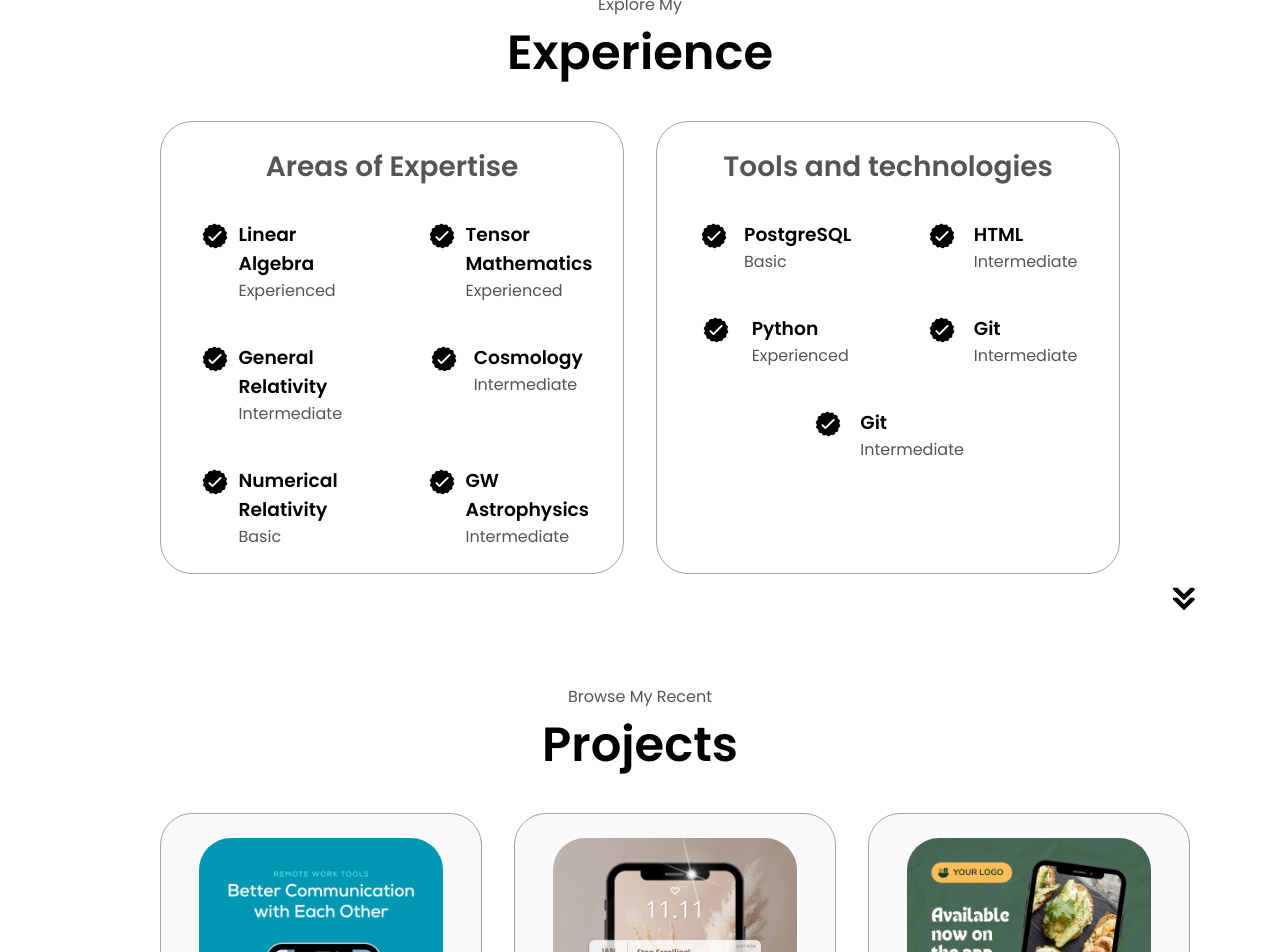
Repository: APersonalVoyage/APersonalVoyage.github.io
Page: index.html
These files come from the project's save history. The page is drawn as it stood at one moment and after the next save; the edit follows.
The browser window is 1280 px wide. The pictures show the part of the page from y = 1426 to 2378 px (the page is 3463 px tall).
A picture or video elsewhere on the page could not be fetched, so the positions and the page height are approximate.

Above is the page before, as saved 2023-08-24 12:03:19.

### index.html
<!DOCTYPE html>
<html lang="en">
  <head>
    <meta charset="UTF-8" />
    <meta http-equiv="X-UA-Compatible" content="IE=edge" />
    <meta name="viewport" content="width=device-width, initial-scale=1.0" />
    <title>My Portfolio</title>
    <link rel="stylesheet" href="style.css" />
    <link rel="stylesheet" href="mediaqueries.css" />
  </head>
  <body>
    <nav id="desktop-nav">
      <div class="logo">Abhishek Karkola</div>
      <div>
        <ul class="nav-links">
          <li><a href="#about">About</a></li>
          <li><a href="#experience">Experience</a></li>
          <li><a href="#projects">Projects</a></li>
          <li><a href="#contact">Contact</a></li>
        </ul>
      </div>
    </nav>
    <nav id="hamburger-nav">
      <div class="logo">Abhishek Karkola</div>
      <div class="hamburger-menu">
        <div class="hamburger-icon" onclick="toggleMenu()">
          <span></span>
          <span></span>
          <span></span>
        </div>
        <div class="menu-links">
          <li><a href="#about" onclick="toggleMenu()">About</a></li>
          <li><a href="#experience" onclick="toggleMenu()">Experience</a></li>
          <li><a href="#projects" onclick="toggleMenu()">Projects</a></li>
          <li><a href="#contact" onclick="toggleMenu()">Contact</a></li>
        </div>
      </div>
    </nav>
    <section id = "profile">
        <div class="section__pic-container">
            <img src="./assets/Photo.jpeg" alt="profile" class="section__pic">
        </div>
        <div class= "section_text">
            <p class="section__text__p1">Hello, I'm</p>
        <h1 class="title">Abhishek Karkola</h1>
        <p class="section__text__p2">Gravitational Wave Physicist</p>
        <div class="btn-container">
            <button
              class="btn btn-color-2"
              onclick="window.open('./assets/Abhishek_Academic_CV.pdf')"
            >
              Download CV
            </button>
            <button class="btn btn-color-1" onclick="location.href='./#contact'">
              Contact Info
            </button>
          </div>
          <div id="socials-container">
            <img
            src="./assets/linkedin.png"
            alt="My LinkedIn profile"
            class="icon"
            onclick="location.href='https://linkedin.com/'"
          />
          <img
            src="./assets/github.png"
            alt="My Github profile"
            class="icon"
            onclick="location.href='https://github.com/'"
          />
        </div>
      </div>
          </div>

        </div>
    </section>
    <section id="about">
        <p class="section__text__p1">Get To Know More</p>
        <h1 class="title">About Me</h1>
        <div class="section-container">
          <div class="section__pic-container">
            <img
              src="./assets/Profile_Pic2.JPG"
              alt="Profile picture"
              class="about-pic"
            />
          </div>
          <div class="about-details-container">
            <div class="about-containers">
              <div class="details-container">
                <img
                  src="./assets/experience.png"
                  alt="Experience icon"
                  class="icon"
                />
                <h3>Experience</h3>
                <p>1+ years <br />Research Intern</p>
              </div>
              <div class="details-container">
                <img
                  src="./assets/education.png"
                  alt="Education icon"
                  class="icon"
                />
                <h3>Education</h3>
                <p>B.E. Electronics<br />M.Sc. GW Physics</p>
              </div>
            </div>
            <div class="text-container">
              <p>
                I hold a Masters degree in Gravitational Wave Physics from Cardiff University, where my academic journey led me to explore the captivating realms of cosmology, advanced general relativity, and numerical relativity. Prior to this, I earned a Bachelors degree in Electronics and Communication Engineering, where I developed a solid foundation in the intricate world of electronic systems and communication technologies
              </p>
            </div>
          </div>
        </div>
        <img
          src="./assets/arrow.png"
          alt="Arrow icon"
          class="icon arrow"
          onclick="location.href='./#experience'"
        />
    </section>
</section>
<section id="experience">
  <p class="section__text__p1">Explore My</p>
  <h1 class="title">Experience</h1>
  <div class="experience-details-container">
    <div class="about-containers">
      <div class="details-container">
        <h2 class="experience-sub-title">Areas of Expertise</h2>
        <div class="article-container">
          <article>
            <img
              src="./assets/checkmark.png"
              alt="Experience icon"
              class="icon"
            />
            <div>
              <h3>Linear Algebra</h3>
              <p>Experienced</p>
            </div>
          </article>
          <article>
            <img
              src="./assets/checkmark.png"
              alt="Experience icon"
              class="icon"
            />
            <div>
              <h3>Tensor Mathematics</h3>
              <p>Experienced</p>
            </div>
          </article>
          <article>
            <img
              src="./assets/checkmark.png"
              alt="Experience icon"
              class="icon"
            />
            <div>
              <h3>General Relativity</h3>
              <p>Intermediate</p>
            </div>
          </article>
          <article>
            <img
              src="./assets/checkmark.png"
              alt="Experience icon"
              class="icon"
            />
            <div>
              <h3>Cosmology</h3>
              <p>Intermediate</p>
            </div>
          </article>
          <article>
            <img
              src="./assets/checkmark.png"
              alt="Experience icon"
              class="icon"
            />
            <div>
              <h3>Numerical Relativity</h3>
              <p>Basic</p>
            </div>
          </article>
          <article>
            <img
              src="./assets/checkmark.png"
              alt="Experience icon"
              class="icon"
            />
            <div>
              <h3>GW Astrophysics</h3>
              <p>Intermediate</p>
            </div>
          </article>
        </div>
      </div>
      <div class="details-container">
        <h2 class="experience-sub-title">Tools and technologies</h2>
        <div class="article-container">
          <article>
            <img
              src="./assets/checkmark.png"
              alt="Experience icon"
              class="icon"
            />
            <div>
              <h3>PostgreSQL</h3>
              <p>Basic</p>
            </div>
          </article>
          <article>
            <img
              src="./assets/checkmark.png"
              alt="Experience icon"
              class="icon"
            />
            <div>
              <h3>HTML</h3>
              <p>Intermediate</p>
            </div>
          </article>
          <article>
            <img
              src="./assets/checkmark.png"
              alt="Experience icon"
              class="icon"
            />
            <div>
              <h3>Python</h3>
              <p>Experienced</p>
            </div>
          </article>
          <article>
            <img
              src="./assets/checkmark.png"
              alt="Experience icon"
              class="icon"
            />
            <div>
              <h3>Git</h3>
              <p>Intermediate</p>
            </div>
          </article>
          <article>
            <img
              src="./assets/checkmark.png"
              alt="Experience icon"
              class="icon"
            />
            <div>
              <h3>Git</h3>
              <p>Intermediate</p>
            </div>
          </article>
        </div>
      </div>
    </div>
  </div>
  <img
    src="./assets/arrow.png"
    alt="Arrow icon"
    class="icon arrow"
    onclick="location.href='./#projects'"
  />
</section>
<section id="projects">
    <p class="section__text__p1">Browse My Recent</p>
    <h1 class="title">Projects</h1>
    <div class="experience-details-container">
      <div class="about-containers">
        <div class="details-container color-container">
          <div class="article-container">
            <img
              src="./assets/project-1.png"
              alt="Project 1"
              class="project-img"
            />
          </div>
          <h2 class="experience-sub-title project-title">Project One</h2>
          <div class="btn-container">
            <button
              class="btn btn-color-2 project-btn"
              onclick="location.href='https://github.com/'"
            >
              Github
            </button>
            <button
              class="btn btn-color-2 project-btn"
              onclick="location.href='https://github.com/'"
            >
              Live Demo
            </button>
          </div>
        </div>
        <div class="details-container color-container">
          <div class="article-container">
            <img
              src="./assets/project-2.png"
              alt="Project 2"
              class="project-img"
            />
          </div>
          <h2 class="experience-sub-title project-title">Project Two</h2>
          <div class="btn-container">
            <button
              class="btn btn-color-2 project-btn"
              onclick="location.href='https://github.com/'"
            >
              Github
            </button>
            <button
              class="btn btn-color-2 project-btn"
              onclick="location.href='https://github.com/'"
            >
              Live Demo
            </button>
          </div>
        </div>
        <div class="details-container color-container">
          <div class="article-container">
            <img
              src="./assets/project-3.png"
              alt="Project 3"
              class="project-img"
            />
          </div>
          <h2 class="experience-sub-title project-title">Project Three</h2>
          <div class="btn-container">
            <button
              class="btn btn-color-2 project-btn"
              onclick="location.href='https://github.com/'"
            >
              Github
            </button>
            <button
              class="btn btn-color-2 project-btn"
              onclick="location.href='https://github.com/'"
            >
              Live Demo
            </button>
          </div>
        </div>
      </div>
    </div>
    <img
      src="./assets/arrow.png"
      alt="Arrow icon"
      class="icon arrow"
      onclick="location.href='./#projects'"
    />
  </section>
  <section id="contact">
    <p class="section__text__p1">Get in Touch</p>
    <h1 class="title">Contact Me</h1>
    <div class="contact-info-upper-container">
      <div class="contact-info-container">
        <img
          src="./assets/email.png"
          alt="Email icon"
          class="icon contact-icon email-icon"
        />
        <p><a href="mailto:examplemail@gmail.com">Example@gmail.com</a></p>
      </div>
      <div class="contact-info-container">
        <img
          src="./assets/linkedin.png"
          alt="LinkedIn icon"
          class="icon contact-icon"
        />
        <p><a href="https://www.linkedin.com">LinkedIn</a></p>
      </div>
    </div>
  </section>
  <footer>
    <nav>
      <div class="nav-links-container">
        <ul class="nav-links">
          <li><a href="#about">About</a></li>
          <li><a href="#experience">Experience</a></li>
          <li><a href="#projects">Projects</a></li>
          <li><a href="#contact">Contact</a></li>
        </ul>
      </div>
    </nav>
    <p>Copyright &#169; 2023 John Doe. All Rights Reserved.</p>
  </footer>
  <script src="script.js"></script>
</body>
</html>

### style.css
/* GENERAL */

@import url("https://fonts.googleapis.com/css2?family=Poppins:wght@300;400;500;600&display=swap");

* {
  margin: 0;
  padding: 0;
}

body {
  font-family: "Poppins", sans-serif;
}

html {
  scroll-behavior: smooth;
}

p {
  color: rgb(85, 85, 85);
}

/* TRANSITION */

a,
.btn {
  transition: all 300ms ease;
}

/* DESKTOP NAV */

nav,
.nav-links {
  display: flex;
}

nav {
  justify-content: space-around;
  align-items: center;
  height: 17vh;
}

.nav-links {
  gap: 2rem;
  list-style: none;
  font-size: 1.5rem;
}

a {
  color: black;
  text-decoration: none;
  text-decoration-color: white;
}

a:hover {
  color: grey;
  text-decoration: underline;
  text-underline-offset: 1rem;
  text-decoration-color: rgb(181, 181, 181);
}

.logo {
  font-size: 2rem;
}

.logo:hover {
  cursor: default;
}

/* HAMBURGER MENU */

#hamburger-nav {
  display: none;
}

.hamburger-menu {
  position: relative;
  display: inline-block;
}

.hamburger-icon {
  display: flex;
  flex-direction: column;
  justify-content: space-between;
  height: 24px;
  width: 30px;
  cursor: pointer;
}

.hamburger-icon span {
  width: 100%;
  height: 2px;
  background-color: black;
  transition: all 0.3 ease-in-out;
}

.menu-links {
  position: absolute;
  top: 100%;
  right: 0;
  background-color: white;
  width: fit-content;
  max-height: 0;
  overflow: hidden;
  transition: all 0.3 ease-in-out;
}

.menu-links a {
  display: block;
  padding: 10px;
  text-align: center;
  font-size: 1.5rem;
  color: black;
  text-decoration: none;
  transition: all 0.3 ease-in-out;
}

.menu-links li {
  list-style: none;
}

.menu-links.open {
  max-height: 300px;
}

.hamburger-icon.open span:first-child {
  transform: rotate(45deg) translate(10px, 5px);
}

.hamburger-icon.open span:nth-child(2) {
  opacity: 0;
}

.hamburger-icon.open span:last-child {
  transform: rotate(-45deg) translate(10px, -5px);
}

.hamburger-icon span:first-child {
  transform: none;
}

.hamburger-icon span:first-child {
  opacity: 1;
}

.hamburger-icon span:first-child {
  transform: none;
}

/* SECTIONS */

section {
    padding-top: 4vh;
    height: 96vh;
    margin: 0 10rem;
    box-sizing: border-box;
    min-height: fit-content;
  }

  .section-container {
    display: flex;
  }

  /* PROFILE SECTION */

  #profile {
    display: flex;
    justify-content: center;
    gap: 5rem;
    height: 80vh;
  }

  .section__pic-container {
    display: flex;
    height: 400px;
    width: 400px;
    margin: auto 0;
  }

  .section__text {
    align-self: center;
    text-align: center;
  }

  .section__text p {
    font-weight: 600;
  }

  .section__text__p1 {
    text-align: center;
  }

  .section__text__p2 {
    font-size: 1.75rem;
    margin-bottom: 1rem;
  }

  .title {
    font-size: 3rem;
    text-align: center;
  }

  #socials-container {
    display: flex;
    justify-content: center;
    margin-top: 1rem;
    gap: 1rem;
  }

  /* ICONS */

  .icon {
    cursor: pointer;
    height: 2rem;
  }

  /* BUTTONS */

.btn-container {
    display: flex;
    justify-content: center;
    gap: 1rem;
  }

  .btn {
    font-weight: 600;
    transition: all 300ms ease;
    padding: 1rem;
    width: 8rem;
    border-radius: 2rem;
  }

  .btn-color-1,
  .btn-color-2 {
    border: rgb(53, 53, 53) 0.1rem solid;
  }

  .btn-color-1:hover,
  .btn-color-2:hover {
    cursor: pointer;
  }

  .btn-color-1,
  .btn-color-2:hover {
    background: rgb(53, 53, 53);
    color: white;
  }

  .btn-color-1:hover {
    background: rgb(0, 0, 0);
  }

  .btn-color-2 {
    background: none;
  }

  .btn-color-2:hover {
    border: rgb(255, 255, 255) 0.1rem solid;
  }

  .btn-container {
    gap: 1rem;
  }

  /* ABOUT SECTION */

#about {
    position: relative;
  }

  .about-containers {
    gap: 2rem;
    margin-bottom: 2rem;
    margin-top: 2rem;
  }

  .about-details-container {
    justify-content: center;
    flex-direction: column;
  }

  .about-containers,
  .about-details-container {
    display: flex;
  }

  .about-pic {
    border-radius: 2rem;
  }

  .arrow {
    position: absolute;
    right: -5rem;
    bottom: 2.5rem;
  }

  .details-container {
    padding: 1.5rem;
    flex: 1;
    background: white;
    border-radius: 2rem;
    border: rgb(53, 53, 53) 0.1rem solid;
    border-color: rgb(163, 163, 163);
    text-align: center;
  }

  .section-container {
    gap: 4rem;
    height: 80%;
  }

  .section__pic-container {
    height: 400px;
    width: 400px;
    margin: auto 0;
  }

  /* EXPERIENCE SECTION */

#experience {
    position: relative;
  }

  .experience-sub-title {
    color: rgb(85, 85, 85);
    font-weight: 600;
    font-size: 1.75rem;
    margin-bottom: 2rem;
  }

  .experience-details-container {
    display: flex;
    justify-content: center;
    flex-direction: column;
  }

  .article-container {
    display: flex;
    text-align: initial;
    flex-wrap: wrap;
    flex-direction: row;
    gap: 2.5rem;
    justify-content: space-around;
  }

  article {
    display: flex;
    width: 10rem;
    justify-content: space-around;
    gap: 0.5rem;
  }

  article .icon {
    cursor: default;
  }

  /* PROJECTS SECTION */

  #projects {
    position: relative;
  }

  .color-container {
    border-color: rgb(163, 163, 163);
    background: rgb(250, 250, 250);
  }

  .project-img {
    border-radius: 2rem;
    width: 90%;
    height: 90%;
  }

  .project-title {
    margin: 1rem;
    color: black;
  }

  .project-btn {
    color: black;
    border-color: rgb(163, 163, 163);
  }

  /* CONTACT */

  #contact {
    display: flex;
    justify-content: center;
    flex-direction: column;
    height: 70vh;
  }

  .contact-info-upper-container {
    display: flex;
    justify-content: center;
    border-radius: 2rem;
    border: rgb(53, 53, 53) 0.1rem solid;
    border-color: rgb(163, 163, 163);
    background: (250, 250, 250);
    margin: 2rem auto;
    padding: 0.5rem;
  }

  .contact-info-container {
    display: flex;
    align-items: center;
    justify-content: center;
    gap: 0.5rem;
    margin: 1rem;
  }

  .contact-info-container p {
    font-size: larger;
  }

  .contact-icon {
    cursor: default;
  }

  .email-icon {
    height: 2.5rem;
  }

  /* FOOTER SECTION */

  footer {
    height: 26vh;
    margin: 0 1rem;
  }

  footer p {
    text-align: center;
  }

### mediaqueries.css


  @media screen and (max-width: 1200px) {
    #desktop-nav {
      display: none;
    }
    #hamburger-nav {
      display: flex;
    }

    #experience,
  .experience-details-container {
    margin-top: 2rem;
  }
  #profile,
  .section-container {
    display: block;
  }
  .arrow {
    display: none;
  }
  section,
  .section-container {
    height: fit-content;
  }
  section {
    margin: 0 5%;
  }
  .section__pic-container {
    width: 275px;
    height: 275px;
    margin: 0 auto 2rem;
  }
  .about-containers {
    margin-top: 0;
  }
}

@media screen and (max-width: 600px) {
  #contact,
  footer {
    height: 40vh;
  }
  #profile {
    height: 83vh;
    margin-bottom: 0;
  }
  article {
    font-size: 1rem;
  }
  footer nav {
    height: fit-content;
    margin-bottom: 2rem;
  }
  .about-containers,
  .contact-info-upper-container,
  .btn-container {
    flex-wrap: wrap;
  }
  .contact-info-container {
    margin: 0;
  }
  .contact-info-container p,
  .nav-links li a {
    font-size: 1rem;
  }
  .experience-sub-title {
    font-size: 1.25rem;
  }
  .logo {
    font-size: 1.5rem;
  }
  .nav-links {
    flex-direction: column;
    gap: 0.5rem;
    text-align: center;
  }
  .section__pic-container {
    width: auto;
    height: 46vw;
    justify-content: center;
  }
  .section__text__p2 {
    font-size: 1.25rem;
  }
  .title {
    font-size: 2rem;
  }
  .text-container {
    text-align: justify;
  }
}

Loaded but not shown: script.js (common file)

After the next save:
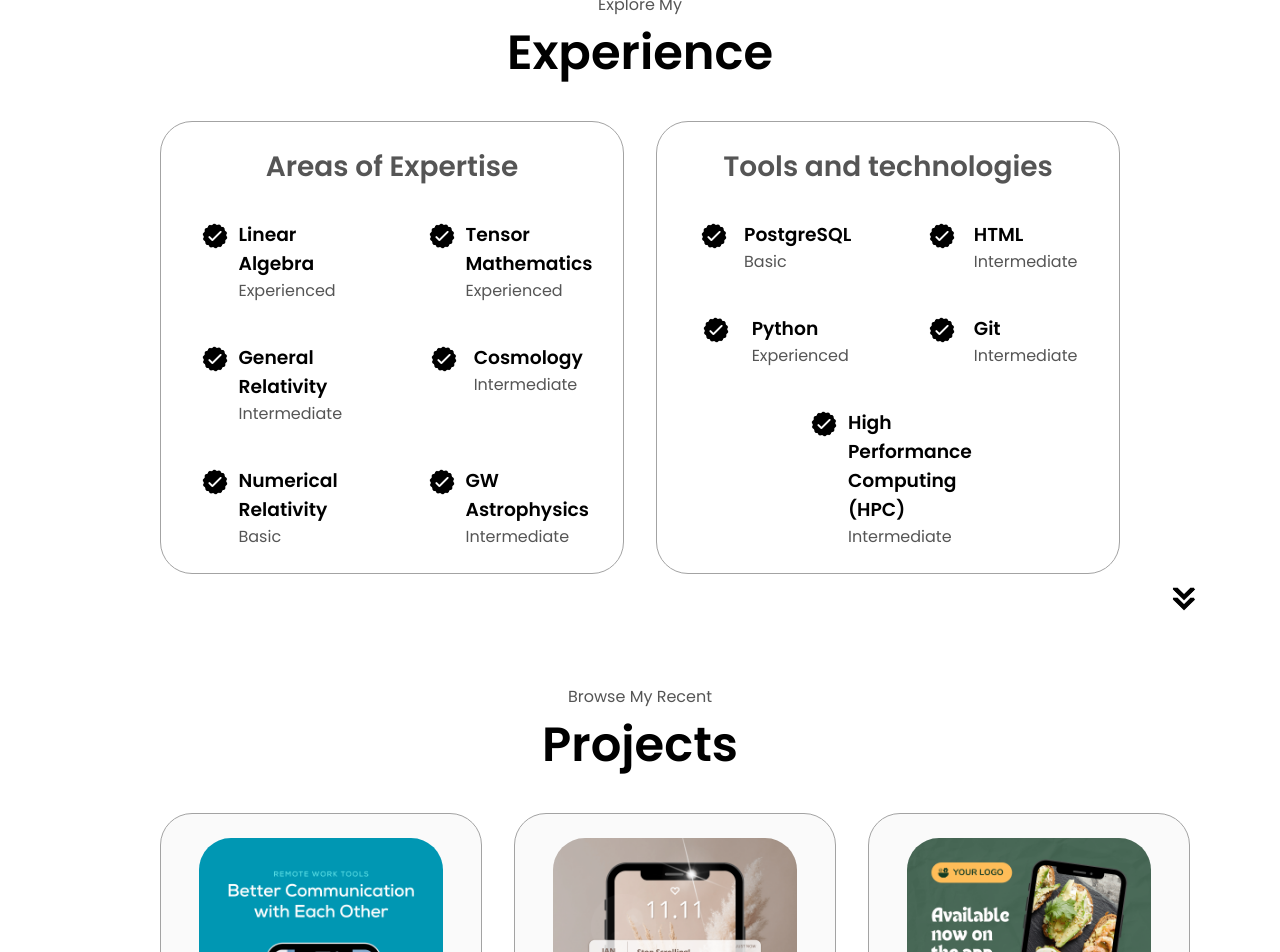
Saved 28 s later.
--- a/index.html
+++ b/index.html
@@ -251,7 +251,7 @@
               class="icon"
             />
             <div>
-              <h3>Git</h3>
+              <h3> High Performance Computing (HPC)</h3>
               <p>Intermediate</p>
             </div>
           </article>
